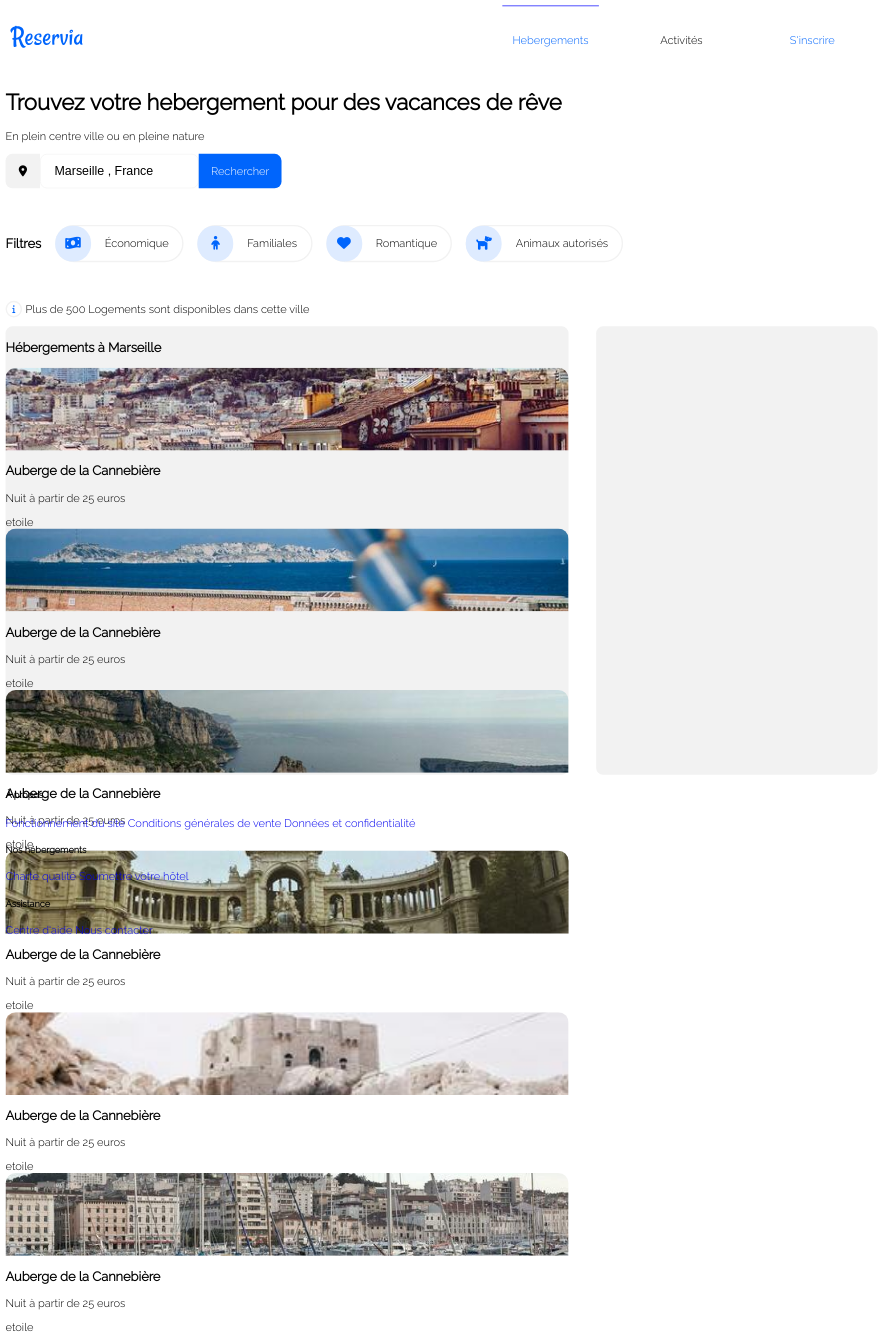
Repository: jaydeeonghub/DYLANBARBARISI_2_16062021
Page: index.html
An editor plug-in stored every save of this project. The page is shown before and after the next save, followed by the edit.
The browser window is 1280 px wide. The pictures show the whole page, at 69% of full size.
Some web libraries are served in a nearby version.

Above is the page before, as saved 2021-07-12 14:22:52.

### index.html
<!DOCTYPE html>
<html lang="fr">
<head>
    <script src="https://kit.fontawesome.com/864c7a6a3c.js" crossorigin="anonymous"></script>
    <link href="//netdna.bootstrapcdn.com/font-awesome/3.2.1/css/font-awesome.css" rel="stylesheet">
    <link rel="preconnect" href="https://fonts.gstatic.com">
    <link href="https://fonts.googleapis.com/css2?family=Raleway:wght@300&display=swap" rel="stylesheet">
    <link rel="stylesheet" href="./Styles.css">
        <meta charset="UTF-8">
        <meta http-equiv="X-UA-Compatible" content="IE=edge">
        <meta name="viewport" content="width=device-width, initial-scale=1.0">
    <title>Reservia</title>
</head>
<body>
    <header>
    <div class="Barre_de_navigation"> <!--Barre de navigation-->
        <div>
        <img
             class="marglogo"
             src="Assets/Logo/Reservia@3x.png"
             alt="Logo Reservia Responsive"
             srcset="Assets/Logo/Reservia.svg"
             width="120px"
             height="50px"
        />
    </div>
<nav class="LiensNav flexAround">
        <div class=" LiensNav2 flexCentre bordureNav">
        <a class="colorBleu decorationNone" href="#Hebergements">Hebergements</a>
    </div>
        <div class="LiensNav2 flexCentre">
        <a class="LiensColor2 decorationNone" href="#Activités">Activités</a>
    </div>
        <div class="LiensNav2 flexCentre">
            <a class="colorBleu decorationNone" href="#S'inscrire">S'inscrire</a></div>
    </nav>
    </header>
<main>
    <h1 class="texteGras">
    Trouvez votre hebergement pour des vacances de rêve
    </h1> <!--Titre d'accroche de la landing page-->
    <p>En plein centre ville ou en pleine nature</p>
    <div class="filtre margFiltreTitre">
        <div class="backGris flexCentre iconSize">
            <i class="fas fa-map-marker-alt"></i></div>
        <div>
            <input
                class="recherche flexCentre bordureSearch paddingSearch"
                type="search"
                value="Marseille , France"
                />
            </div>
        <div class="backBleu flexCentre buttonSearch">Rechercher</div>
          </div>
          <div class="filtre margFiltre">
              <div class="margFiltreTitre"><h3>Filtres</h3></div>
          <div class="flexBetween filtreTexteIcons">
              <i class="fas fa-money-bill-wave fa-lg filtreIcons flexCentre"></i>
              <div class="filtreTexte flexCentre">Économique</div>
          </div>
          <div class="flexBetween filtreTexteIcons">
              <i class="fas fa-child fa-lg filtreIcons flexCentre"></i>
              <div class="filtreTexte flexCentre">Familiales</div>
          </div>
          <div class="flexBetween filtreTexteIcons">
              <i class="fas fa-heart fa-lg filtreIcons flexCentre"></i>
              <div class="filtreTexte flexCentre">Romantique</div>
          </div>
          <div class="flexBetween filtreTexteIcons">
              <i class="fas fa-dog fa-lg filtreIcons flexCentre"></i>
              <div class="filtreTexte flexCentre">Animaux autorisés</div>
          </div>
        </div>
    <div class="info">
        <div class="parentIcon flexCentre">
        <i class="fas fa-info fa-xs colorBleu"></i>
        </div>
    <p>Plus de 500 Logements sont disponibles dans cette ville</p> <!--Nombre approximatif de logements disponibles aux alentours-->
    </div>
    <section class="flexAround">
        <div class="sizeHebergements backGris">
            <h3>Hébergements à Marseille</h3>
            <div>
                <div>
                    <div class="imgHebergements1"></div>
                    <div>
                        <h3>Auberge de la Cannebière</h3>
                        <p>Nuit à partir de 25 euros</p>
                        <div>etoile</div>
                    </div>
                </div>
                <div>
                    <div class="imgHebergements2"></div>
                    <div>
                        <h3>Auberge de la Cannebière</h3>
                        <p>Nuit à partir de 25 euros</p>
                        <div>etoile</div>
                    </div>
                </div>
                <div>
                    <div class="imgHebergements3"></div>
                    <div>
                        <h3>Auberge de la Cannebière</h3>
                        <p>Nuit à partir de 25 euros</p>
                        <div>etoile</div>
                    </div>
                </div>
                <div>
                    <div class="imgHebergements4"></div>
                    <div>
                        <h3>Auberge de la Cannebière</h3>
                        <p>Nuit à partir de 25 euros</p>
                        <div>etoile</div>
                    </div>
                </div>
                <div>
                    <div class="imgHebergements5"></div>
                    <div>
                        <h3>Auberge de la Cannebière</h3>
                        <p>Nuit à partir de 25 euros</p>
                        <div>etoile</div>
                    </div>
                </div>
                <div>
                    <div class="imgHebergements6"></div>
                    <div>
                        <h3>Auberge de la Cannebière</h3>
                        <p>Nuit à partir de 25 euros</p>
                        <div>etoile</div>
                    </div>
                </div>
                </div>
                <div></div>
                <p></p>
    </div>
    <div class="sizePopulaires backGris"></div>
    </section>
    </main>
    <footer>
        <h5>À propos</h5>
            <a href="#Fonctionnementdusite">Fonctionnement du site</a>
            <a href="#CGV">Conditions générales de vente</a>
            <a href="Confidentialité">Données et confidentialité</a>
        <h5>Nos hébergements</h5>
            <a href="#chartequalité">Charte qualité</a>
            <a href="#Soumettrehôtel">Soumettre votre hôtel</a>
        <h5>Assistance</h5>
            <a href="#Centre d'aide">Centre d'aide</a>
            <a href="#Contact">Nous contacter</a>
    </footer>


</body>
</html>

### Styles.css
*
html,body {font-family: Raleway;}

li {display: inline;}

a {text-decoration: none;}

.flexCentre {

    display: flex;
    justify-content: center;
    align-items: center;
}

.flexAround {

    display: flex;
    justify-content: space-around;
    align-items: center;
}
.flexBetween {
    display: flex;
    justify-content: space-between;
    align-items: center;
}
/* NAV */

.Barre_de_navigation {
    display: flex;
    justify-content: space-between;
    align-items: center;
    font-family: Raleway;
}
.bordureNav {
    border-top: 1px solid blue;
}
.bordureNav2 {
    border-top: 1px solid transparent;
}

.LiensNav {
    width: 45%;
}
.LiensNav2 {
    width: 140px;
    height: 99px;
}
.texteGras {

    font-weight: bold;
}
.sizeNav {
    height: 100px;
}
.LiensColor2 {
    color: black;
}
.marglogo {
    margin-bottom: 7px;
}

/* Colors */

.colorBleu {
    color: #0065fc;
}
.colorBleuClair {
    color: #deebff
}
.colorGris {
    color: #f2f2f2
}
.backBleu {
    background-color: #0065fc;
}
.backBleuClair {
    background-color: #deebff
}
.backGris {
    background-color: #f2f2f2
}

/* HEADER*/

.bordureSearch {
    width: 400px;
    border-radius: 10px;
    border: 0.5px solid #f2f2f2;
}
.paddingSearch {
    padding-left: 20px;
}
.recherche {
    height: 50px;
    width: 230px;
    font-size: 18px;
    color: black
    font-weight: bold
}
.iconSize {
    height: 50px;
    width: 50px;
    border-radius: 10px 0 0 10px;
}
.buttonSearch {
    height: 50px;
    width: 120px;
    color: white;
    cursor: pointer;
    border-radius: 0 10px 10px 0;
}

/* Filtres */

.filtre {
    display: flex;
    align-items: center;
}
.margFiltre {
    margin-top: 50px;
    margin-bottom: 40px;
}
.margFiltreTitre {
    margin-right: 20px;
}
.filtreTexteIcons {
    border: 2px solid #f2f2f2;
    height: 50px;
    border-radius: 30px;
    margin-right: 20px;
}
.filtreIcons {
    margin-left: -2px;
    border-radius: 25px;
    width: 52px;
    height: 52px;
    color: #0065fc;
    background-color: #deebff;
}
.filtreTexteIcons:hover > .filtreTexte {
    color:#0065fc
}
.filtreTexteIcons:hover > .filtreIcons {
    color:white;
    background-color:#0065fc;
}
.filtreTexte {
    height: 50px;
    padding-left: 20px;
    padding-right: 20px;
    border-radius: 0 25px 25px 0;
}
.bordureNone {
    border-style: none
}
/*Info */

.info {
    display: flex;
    align-items:center
}
.parentIcon {
    width: 20px;
    height: 20px;
    border: 2px solid #f2f2f2;
    border-radius: 25px;
    margin-right:  5px;
}

/* Hebergements */

.sizePopulaires {
    flex: 1;
    height: 650px;
    margin-left: 20px;
    border-radius: 10px;
}
.sizeHebergements {
flex: 2;
height: 650px;
margin-right: 20px;
border-radius: 10px;
}
.imgHebergements1 {
    background-image: url("./Assets/Images/4_small/florian-wehde-xW9e8gdotxI-unsplash.jpg");
    background-size: cover;
    background-position: center;
    width: 100%;
    height: 120px;
    border-radius: 15px 15px 0 0;
}
.imgHebergements2 {
    background-image: url("./Assets/Images/4_small/kevin-hikari-rV_Qd1l-VXg-unsplash.jpg");
    background-size: cover;
    background-position: center;
    width: 100%;
    height: 120px;
    border-radius: 15px 15px 0 0;
}
.imgHebergements3 {
    background-image: url("./Assets/Images/4_small/kilyan-sockalingum-NR8-cBCN3aI-unsplash.jpg");
    background-size: cover;
    background-position: center;
    width: 100%;
    height: 120px;
    border-radius: 15px 15px 0 0;
}
.imgHebergements4 {
    background-image: url("./Assets/Images/4_small/lena-paulin-wH2-EJoDcV0-unsplash.jpg");
    background-size: cover;
    background-position: center;
    width: 100%;
    height: 120px;
    border-radius: 15px 15px 0 0;
}
.imgHebergements5 {
    background-image: url("./Assets/Images/4_small/paul-hermann-QFTrLdQIRhI-unsplash.jpg");
    background-size: cover;
    background-position: center;
    width: 100%;
    height: 120px;
    border-radius: 15px 15px 0 0;
}
.imgHebergements6 {
    background-image: url("./Assets/Images/4_small/reno-laithienne-QUgJhdY5Fyk-unsplash.jpg");
    background-size: cover;
    background-position: center;
    width: 100%;
    height: 120px;
    border-radius: 15px 15px 0 0;
}

After the next save:
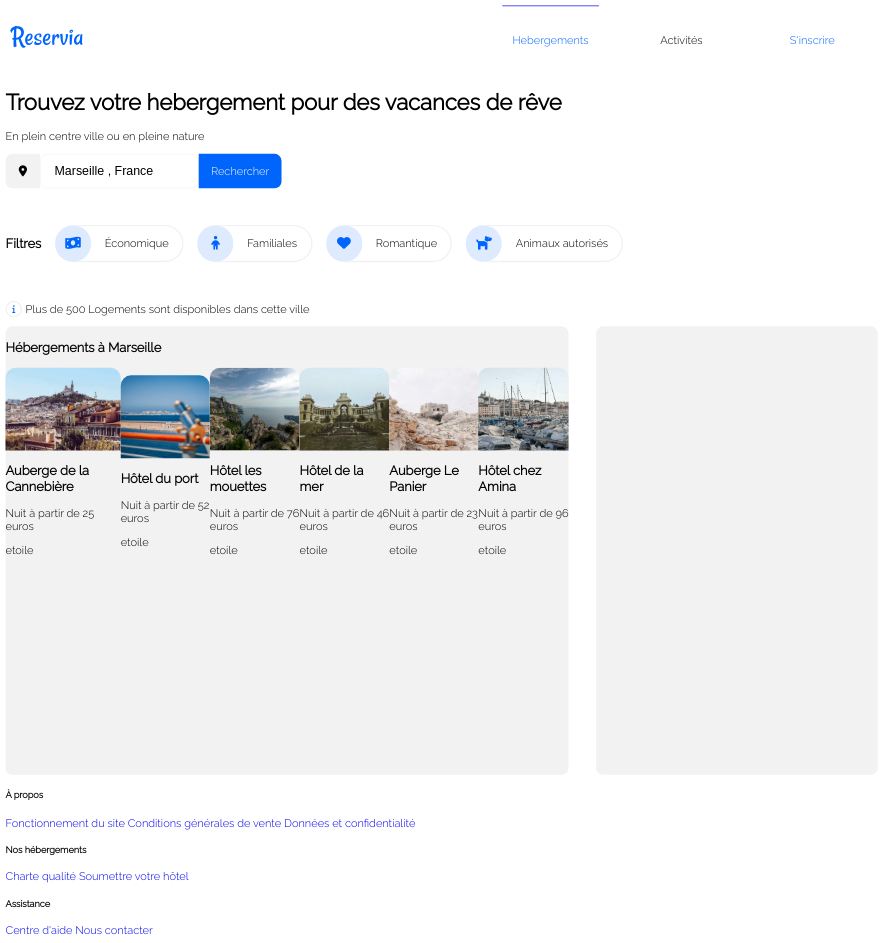
Saved 29 h 2 min later.
--- a/index.html
+++ b/index.html
@@ -78,9 +78,9 @@
     <p>Plus de 500 Logements sont disponibles dans cette ville</p> <!--Nombre approximatif de logements disponibles aux alentours-->
     </div>
     <section class="flexAround">
-        <div class="sizeHebergements backGris">
+        <div class="sizeHebergements backGris blocHebergements">
             <h3>Hébergements à Marseille</h3>
-            <div>
+            <div class="bloc1 flexBetween">
                 <div>
                     <div class="imgHebergements1"></div>
                     <div>
@@ -92,41 +92,43 @@
                 <div>
                     <div class="imgHebergements2"></div>
                     <div>
-                        <h3>Auberge de la Cannebière</h3>
-                        <p>Nuit à partir de 25 euros</p>
+                        <h3>Hôtel du port</h3>
+                        <p>Nuit à partir de 52 euros</p>
                         <div>etoile</div>
                     </div>
                 </div>
                 <div>
                     <div class="imgHebergements3"></div>
                     <div>
-                        <h3>Auberge de la Cannebière</h3>
-                        <p>Nuit à partir de 25 euros</p>
+                        <h3>Hôtel les mouettes</h3>
+                        <p>Nuit à partir de 76 euros</p>
                         <div>etoile</div>
                     </div>
                 </div>
-                <div>
-                    <div class="imgHebergements4"></div>
+                <div class="bloc2 flexBetween">
                     <div>
-                        <h3>Auberge de la Cannebière</h3>
-                        <p>Nuit à partir de 25 euros</p>
-                        <div>etoile</div>
+                        <div class="imgHebergements4"></div>
+                        <div>
+                            <h3>Hôtel de la mer</h3>
+                            <p>Nuit à partir de 46 euros</p>
+                            <div>etoile</div>
+                        </div>
                     </div>
-                </div>
-                <div>
-                    <div class="imgHebergements5"></div>
                     <div>
-                        <h3>Auberge de la Cannebière</h3>
-                        <p>Nuit à partir de 25 euros</p>
-                        <div>etoile</div>
+                        <div class="imgHebergements5"></div>
+                        <div>
+                            <h3>Auberge Le Panier</h3>
+                            <p>Nuit à partir de 23 euros</p>
+                            <div>etoile</div>
+                        </div>
                     </div>
-                </div>
-                <div>
-                    <div class="imgHebergements6"></div>
                     <div>
-                        <h3>Auberge de la Cannebière</h3>
-                        <p>Nuit à partir de 25 euros</p>
-                        <div>etoile</div>
+                        <div class="imgHebergements6"></div>
+                        <div>
+                            <h3>Hôtel chez Amina</h3>
+                            <p>Nuit à partir de 96 euros</p>
+                            <div>etoile</div>
+                        </div>
                     </div>
                 </div>
                 </div>
